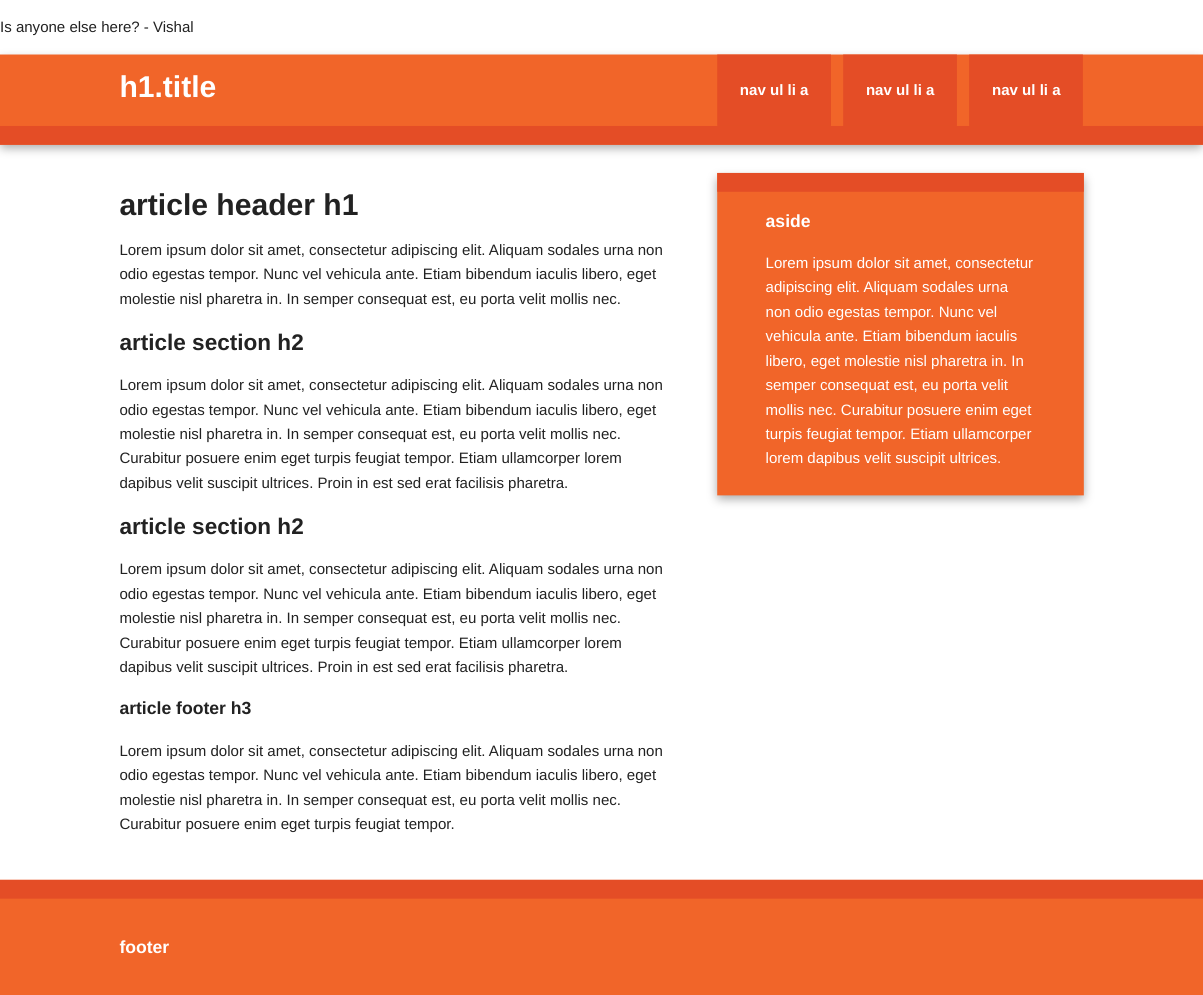
Repository: creativeday/Team4
Page: index.html
The author's editor kept a record of every edit. The page is drawn from the files as they stood at one moment, then again after the next edit.
The browser window is 1280 px wide. The pictures show the whole page, at 94% of full size.
Some web libraries are served in a nearby version.

Above is the page before.

### index.html
<!--

    git add -A
    git commit -m "SomeMessage"
    git pull origin - prevents your changes from conflicting with others' changes
    git push - updates the origin with changes you have made

    to access "http://creativeday.github.io/Team4"

-->


<!DOCTYPE html>
<html class="no-js">
    <head>
        <meta charset="utf-8">
        <meta http-equiv="X-UA-Compatible" content="IE=edge,chrome=1">
        <title></title>
        <meta name="description" content="">
        <meta name="viewport" content="width=device-width, initial-scale=1">

        <link rel="stylesheet" href="css/normalize.min.css">
        <link rel="stylesheet" href="css/main.css">

        <script src="js/vendor/modernizr-2.6.2-respond-1.1.0.min.js"></script>
    </head>
    <body>
        <p>Is anyone else here? - Vishal</p>
        <div class="header-container">
            <header class="wrapper clearfix">
                <h1 class="title">h1.title</h1>
                <nav>
                    <ul>
                        <li><a href="#">nav ul li a</a></li>
                        <li><a href="#">nav ul li a</a></li>
                        <li><a href="#">nav ul li a</a></li>
                    </ul>
                </nav>
            </header>
        </div>

        <div class="main-container">
            <div class="main wrapper clearfix">

                <article>
                    <header>
                        <h1>article header h1</h1>
                        <p>Lorem ipsum dolor sit amet, consectetur adipiscing elit. Aliquam sodales urna non odio egestas tempor. Nunc vel vehicula ante. Etiam bibendum iaculis libero, eget molestie nisl pharetra in. In semper consequat est, eu porta velit mollis nec.</p>
                    </header>
                    <section>
                        <h2>article section h2</h2>
                        <p>Lorem ipsum dolor sit amet, consectetur adipiscing elit. Aliquam sodales urna non odio egestas tempor. Nunc vel vehicula ante. Etiam bibendum iaculis libero, eget molestie nisl pharetra in. In semper consequat est, eu porta velit mollis nec. Curabitur posuere enim eget turpis feugiat tempor. Etiam ullamcorper lorem dapibus velit suscipit ultrices. Proin in est sed erat facilisis pharetra.</p>
                    </section>
                    <section>
                        <h2>article section h2</h2>
                        <p>Lorem ipsum dolor sit amet, consectetur adipiscing elit. Aliquam sodales urna non odio egestas tempor. Nunc vel vehicula ante. Etiam bibendum iaculis libero, eget molestie nisl pharetra in. In semper consequat est, eu porta velit mollis nec. Curabitur posuere enim eget turpis feugiat tempor. Etiam ullamcorper lorem dapibus velit suscipit ultrices. Proin in est sed erat facilisis pharetra.</p>
                    </section>
                    <footer>
                        <h3>article footer h3</h3>
                        <p>Lorem ipsum dolor sit amet, consectetur adipiscing elit. Aliquam sodales urna non odio egestas tempor. Nunc vel vehicula ante. Etiam bibendum iaculis libero, eget molestie nisl pharetra in. In semper consequat est, eu porta velit mollis nec. Curabitur posuere enim eget turpis feugiat tempor.</p>
                    </footer>
                </article>

                <aside>
                    <h3>aside</h3>
                    <p>Lorem ipsum dolor sit amet, consectetur adipiscing elit. Aliquam sodales urna non odio egestas tempor. Nunc vel vehicula ante. Etiam bibendum iaculis libero, eget molestie nisl pharetra in. In semper consequat est, eu porta velit mollis nec. Curabitur posuere enim eget turpis feugiat tempor. Etiam ullamcorper lorem dapibus velit suscipit ultrices.</p>
                </aside>

            </div> <!-- #main -->
        </div> <!-- #main-container -->

        <div class="footer-container">
            <footer class="wrapper">
                <h3>footer</h3>
            </footer>
        </div>

        <script src="//ajax.googleapis.com/ajax/libs/jquery/1.11.1/jquery.min.js"></script>
        <script>window.jQuery || document.write('<script src="js/vendor/jquery-1.11.1.min.js"><\/script>')</script>

        <script src="js/main.js"></script>
    </body>
</html>

### css/main.css
/*! HTML5 Boilerplate v4.3.0 | MIT License | http://h5bp.com/ */

html,
button,
input,
select,
textarea {
    color: #222;
}

html {
    font-size: 1em;
    line-height: 1.4;
}

::-moz-selection {
    background: #b3d4fc;
    text-shadow: none;
}

::selection {
    background: #b3d4fc;
    text-shadow: none;
}

hr {
    display: block;
    height: 1px;
    border: 0;
    border-top: 1px solid #ccc;
    margin: 1em 0;
    padding: 0;
}

audio,
canvas,
img,
video {
    vertical-align: middle;
}

fieldset {
    border: 0;
    margin: 0;
    padding: 0;
}

textarea {
    resize: vertical;
}

.browsehappy {
    margin: 0.2em 0;
    background: #ccc;
    color: #000;
    padding: 0.2em 0;
}


/* ===== Initializr Styles ==================================================
   Author: Jonathan Verrecchia - verekia.com/initializr/responsive-template
   ========================================================================== */

body {
    font: 16px/26px Helvetica, Helvetica Neue, Arial;
}

.wrapper {
    width: 90%;
    margin: 0 5%;
}

/* ===================
    ALL: Orange Theme
   =================== */

.header-container {
    border-bottom: 20px solid #e44d26;
}

.footer-container,
.main aside {
    border-top: 20px solid #e44d26;
}

.header-container,
.footer-container,
.main aside {
    background: #f16529;
}

.title {
    color: white;
}

/* ==============
    MOBILE: Menu
   ============== */

nav ul {
    margin: 0;
    padding: 0;
}

nav a {
    display: block;
    margin-bottom: 10px;
    padding: 15px 0;

    text-align: center;
    text-decoration: none;
    font-weight: bold;

    color: white;
    background: #e44d26;
}

nav a:hover,
nav a:visited {
    color: white;
}

nav a:hover {
    text-decoration: underline;
}

/* ==============
    MOBILE: Main
   ============== */

.main {
    padding: 30px 0;
}

.main article h1 {
    font-size: 2em;
}

.main aside {
    color: white;
    padding: 0px 5% 10px;
}

.footer-container footer {
    color: white;
    padding: 20px 0;
}

/* ===============
    ALL: IE Fixes
   =============== */

.ie7 .title {
    padding-top: 20px;
}

/* ==========================================================================
   Author's custom styles
   ========================================================================== */















/* ==========================================================================
   Media Queries
   ========================================================================== */

@media only screen and (min-width: 480px) {

/* ====================
    INTERMEDIATE: Menu
   ==================== */

    nav a {
        float: left;
        width: 27%;
        margin: 0 1.7%;
        padding: 25px 2%;
        margin-bottom: 0;
    }

    nav li:first-child a {
        margin-left: 0;
    }

    nav li:last-child a {
        margin-right: 0;
    }

/* ========================
    INTERMEDIATE: IE Fixes
   ======================== */

    nav ul li {
        display: inline;
    }

    .oldie nav a {
        margin: 0 0.7%;
    }
}

@media only screen and (min-width: 768px) {

/* ====================
    WIDE: CSS3 Effects
   ==================== */

    .header-container,
    .main aside {
        -webkit-box-shadow: 0 5px 10px #aaa;
           -moz-box-shadow: 0 5px 10px #aaa;
                box-shadow: 0 5px 10px #aaa;
    }

/* ============
    WIDE: Menu
   ============ */

    .title {
        float: left;
    }

    nav {
        float: right;
        width: 38%;
    }

/* ============
    WIDE: Main
   ============ */

    .main article {
        float: left;
        width: 57%;
    }

    .main aside {
        float: right;
        width: 28%;
    }
}

@media only screen and (min-width: 1140px) {

/* ===============
    Maximal Width
   =============== */

    .wrapper {
        width: 1026px; /* 1140px - 10% for margins */
        margin: 0 auto;
    }
}

/* ==========================================================================
   Helper classes
   ========================================================================== */

.ir {
    background-color: transparent;
    border: 0;
    overflow: hidden;
    *text-indent: -9999px;
}

.ir:before {
    content: "";
    display: block;
    width: 0;
    height: 150%;
}

.hidden {
    display: none !important;
    visibility: hidden;
}

.visuallyhidden {
    border: 0;
    clip: rect(0 0 0 0);
    height: 1px;
    margin: -1px;
    overflow: hidden;
    padding: 0;
    position: absolute;
    width: 1px;
}

.visuallyhidden.focusable:active,
.visuallyhidden.focusable:focus {
    clip: auto;
    height: auto;
    margin: 0;
    overflow: visible;
    position: static;
    width: auto;
}

.invisible {
    visibility: hidden;
}

.clearfix:before,
.clearfix:after {
    content: " ";
    display: table;
}

.clearfix:after {
    clear: both;
}

.clearfix {
    *zoom: 1;
}

/* ==========================================================================
   Print styles
   ========================================================================== */

@media print {
    * {
        background: transparent !important;
        color: #000 !important;
        box-shadow: none !important;
        text-shadow: none !important;
    }

    a,
    a:visited {
        text-decoration: underline;
    }

    a[href]:after {
        content: " (" attr(href) ")";
    }

    abbr[title]:after {
        content: " (" attr(title) ")";
    }

    .ir a:after,
    a[href^="javascript:"]:after,
    a[href^="#"]:after {
        content: "";
    }

    pre,
    blockquote {
        border: 1px solid #999;
        page-break-inside: avoid;
    }

    thead {
        display: table-header-group;
    }

    tr,
    img {
        page-break-inside: avoid;
    }

    img {
        max-width: 100% !important;
    }

    @page {
        margin: 0.5cm;
    }

    p,
    h2,
    h3 {
        orphans: 3;
        widows: 3;
    }

    h2,
    h3 {
        page-break-after: avoid;
    }
}

Loaded but not shown: css/normalize.min.css (common file); js/vendor/modernizr-2.6.2-respond-1.1.0.min.js (library); js/main.js (empty)

After the next edit:
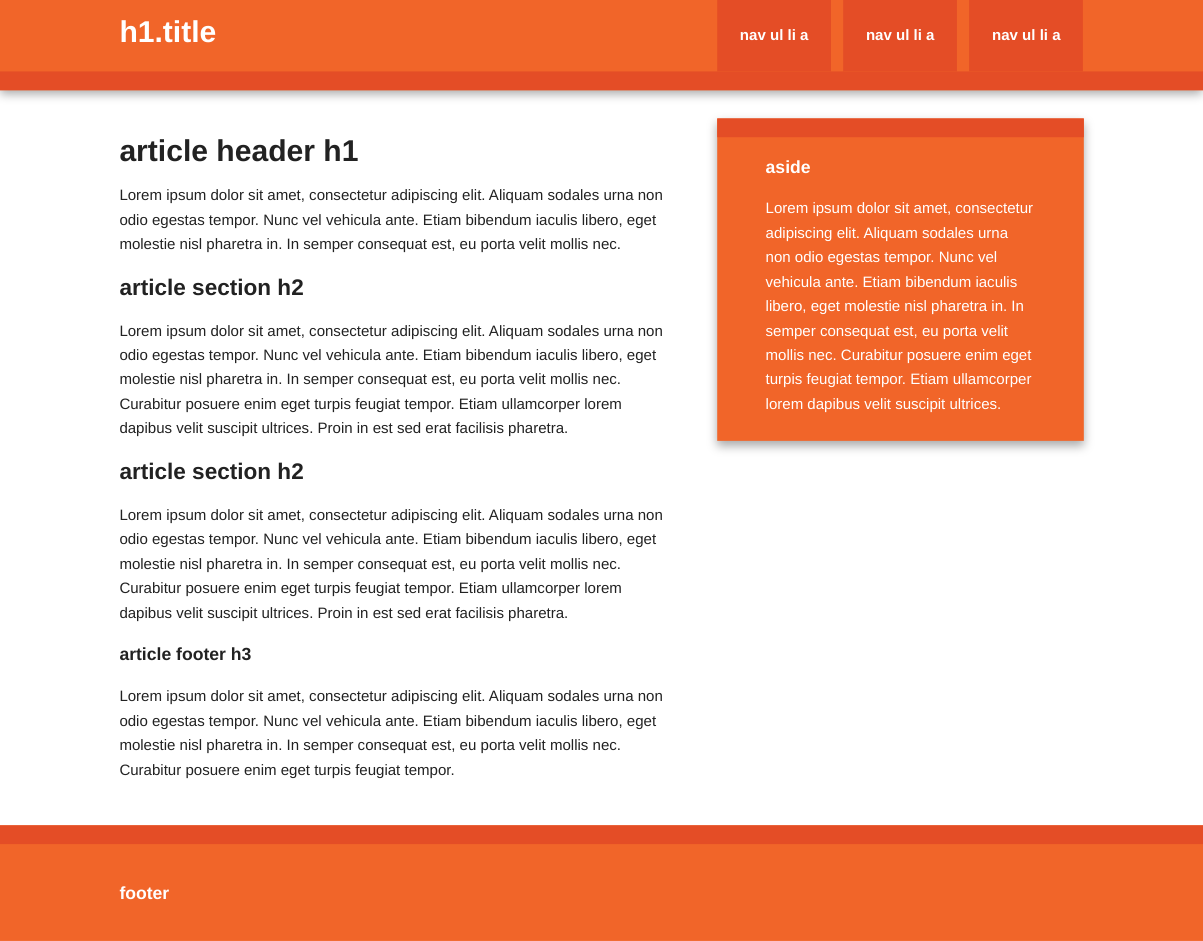
The edit:
--- a/index.html
+++ b/index.html
@@ -25,7 +25,6 @@
         <script src="js/vendor/modernizr-2.6.2-respond-1.1.0.min.js"></script>
     </head>
     <body>
-        <p>Is anyone else here? - Vishal</p>
         <div class="header-container">
             <header class="wrapper clearfix">
                 <h1 class="title">h1.title</h1>
